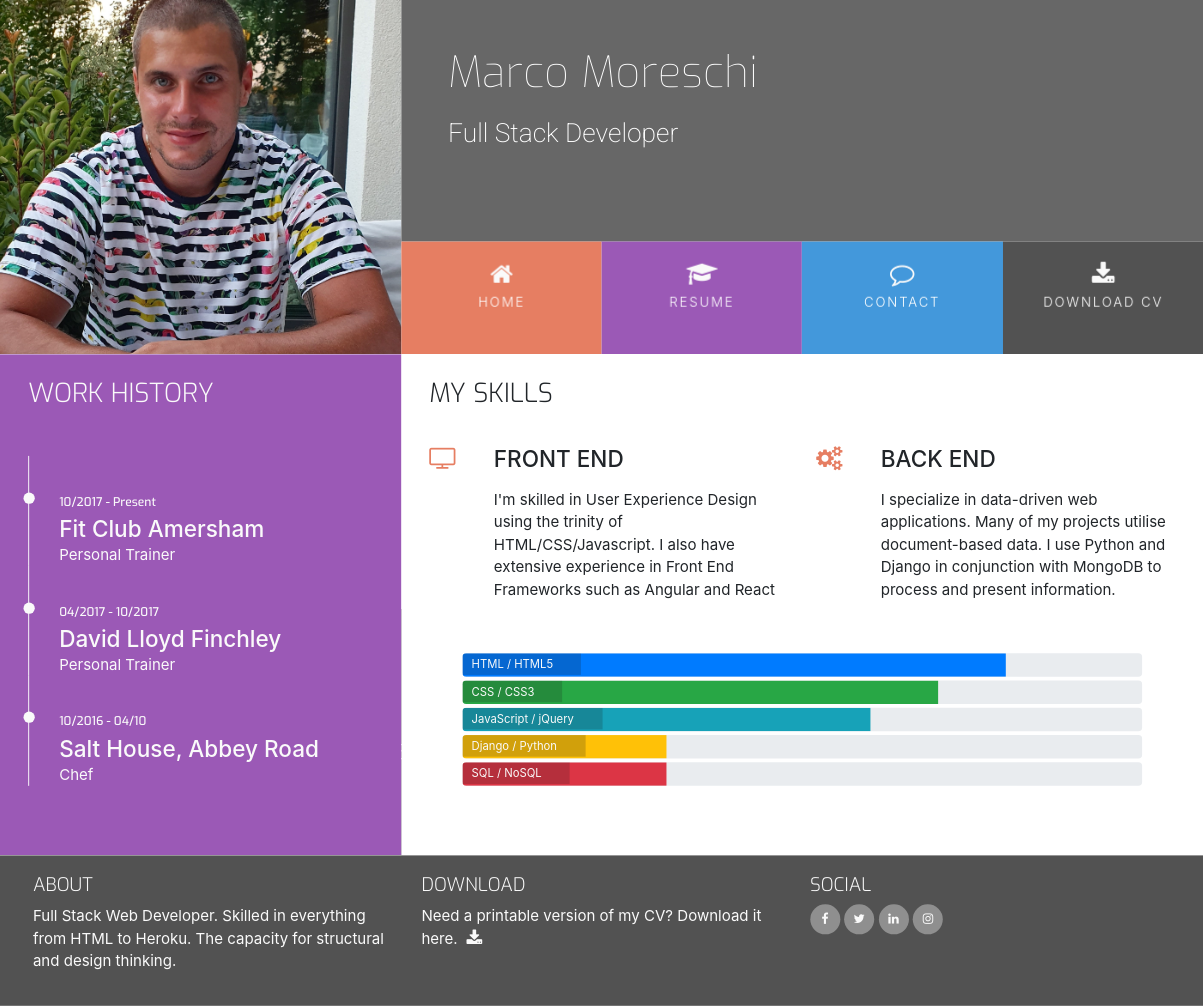
Repository: marcomoreschi/Mini-Project
Page: resume.html
The author's editor kept a record of every edit. The page is drawn from the files as they stood at one moment, then again after the next edit.
The browser window is 1280 px wide. The pictures show the whole page, at 94% of full size.
Some web libraries are served in a nearby version.

Above is the page before.

After the next edit:
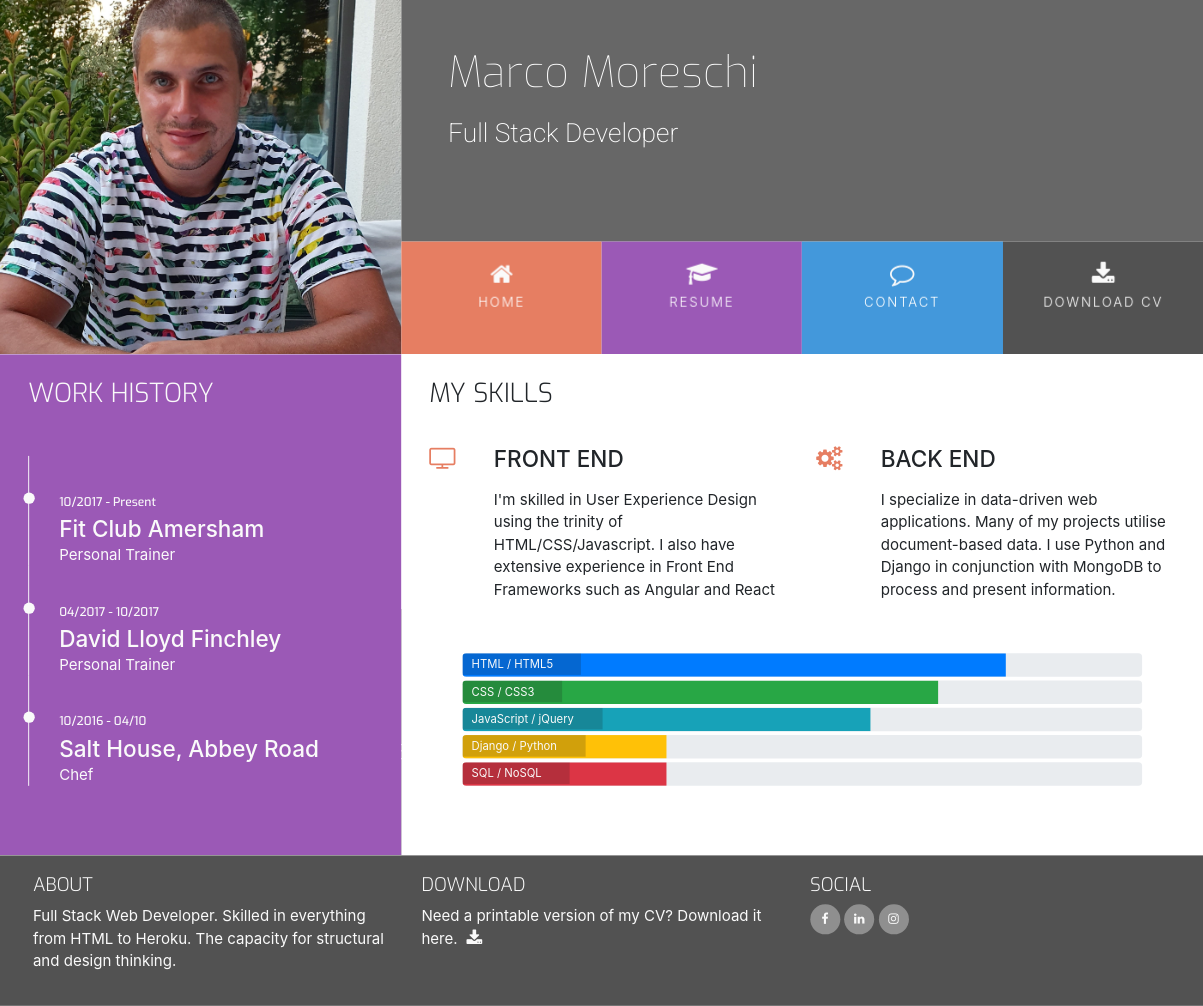
The edit:
--- a/resume.html
+++ b/resume.html
@@ -170,12 +170,6 @@
                     </li>
                     <li class="list-inline-item">
                         <a target="_blank" href="#">
-                            <i class="fa fa-twitter" aria-hidden="true"></i>
-                            <span class="sr-only">Twitter</span>
-                        </a>
-                    </li>
-                    <li class="list-inline-item">
-                        <a target="_blank" href="#">
                             <i class="fa fa-linkedin" aria-hidden="true"></i>
                             <span class="sr-only">LinkedIn</span>
                         </a>
